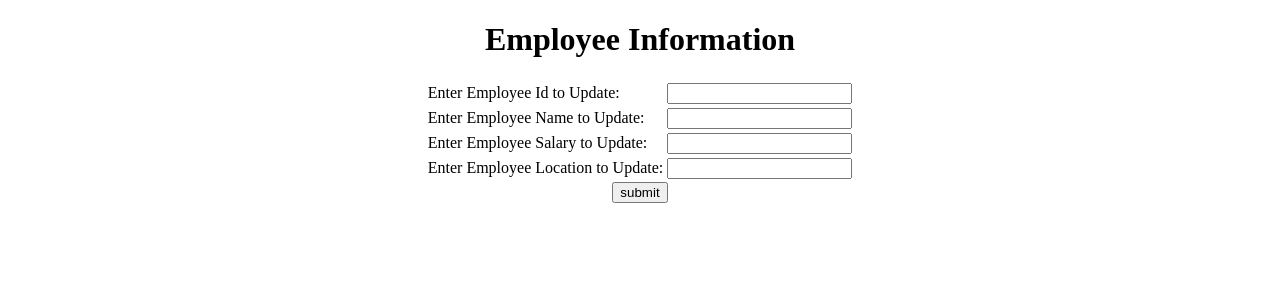
Repository: mounikagunda/corejavaproject
Page: project2/WebContent/update.html
The author's editor kept a copy of each file at every save. The page is drawn from the files as they stood at one save, then again after the next save.
The browser window is 1280 px wide. The pictures show the whole page.

Above is the page before, as saved 2016-12-16 04:53:15.

### project2/WebContent/update.html
<!DOCTYPE html>
<html>
<head>
<meta charset="ISO-8859-1">
<title>Update</title>
</head>
<body style="background-color:White">
<div align="center">
<h1>Employee Information</h1>
<form action="insert" method="post">
<table>
<tr>
<td> Enter Employee Id to Update:</td>
<td><input type="text" name="eid"/></td>
</tr>
<tr>
<td> Enter Employee Name to Update:</td>
<td><input type="text" name="ename"/></td>
</tr>
<tr>
<td> Enter Employee Salary to Update:</td>
<td><input type="number" name="esal"/></td>
</tr>
<tr>
<td> Enter Employee Location to Update:</td>
<td><input type="text" name="eexp"/></td>
</tr>
</table>
<input type="submit" value="submit">

</form>
</div>

</body>
</html>

After the next save:
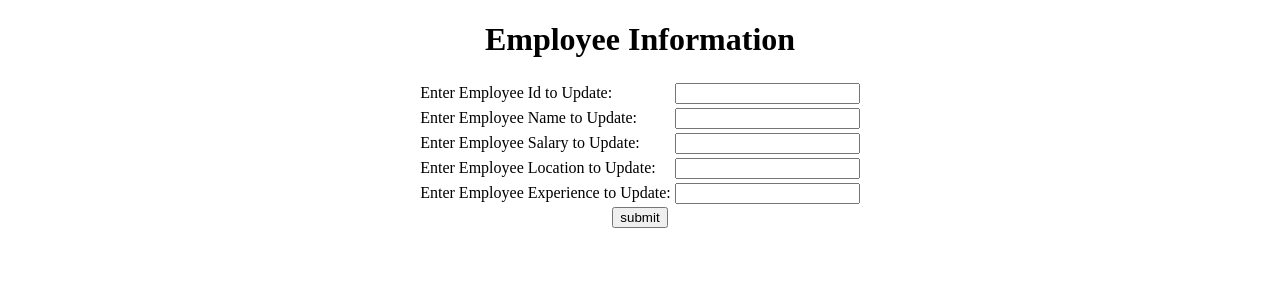
Saved 66 s later.
--- a/project2/WebContent/update.html
+++ b/project2/WebContent/update.html
@@ -23,6 +23,10 @@
 </tr>
 <tr>
 <td> Enter Employee Location to Update:</td>
+<td><input type="text" name="eloc"/></td>
+</tr>
+<tr>
+<td> Enter Employee Experience to Update:</td>
 <td><input type="text" name="eexp"/></td>
 </tr>
 </table>
